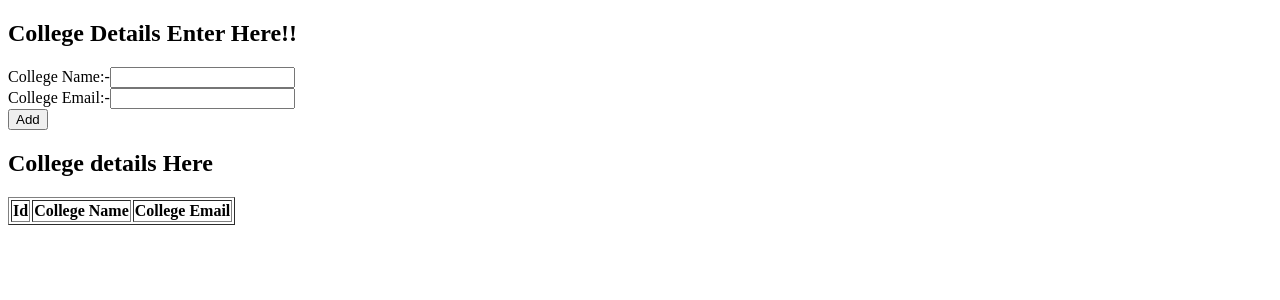
Repository: Padma9121/WiproAssignments
Page: http://localhost/index
The author's editor kept a copy of each file at every save. The page is drawn from the files as they stood at one save, then again after the next save.
The browser window is 1280 px wide. The pictures show the whole page.
The page is this project's Thymeleaf template; nobody is signed in. The template is opened directly, without the code that normally fills it, so the values that code supplies are empty.

Above is the page before, as saved 2025-08-09 15:06:36.

After the next save:
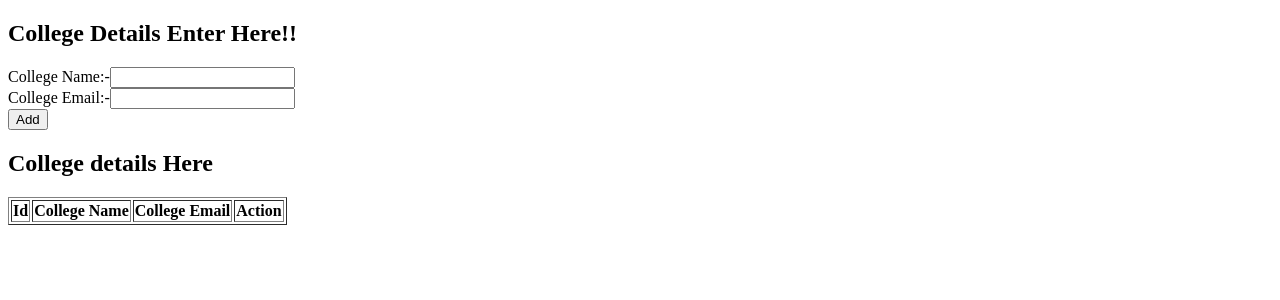
Saved 83 s later.
--- a/College-App/src/main/resources/templates/index.html
+++ b/College-App/src/main/resources/templates/index.html
@@ -17,6 +17,7 @@
 			<th>Id</th>
 			<th>College Name </th>
 			<th>College Email </th>
+			<th>Action</th>
 		</tr>
 
 		<tr th:each="c:${list}">
